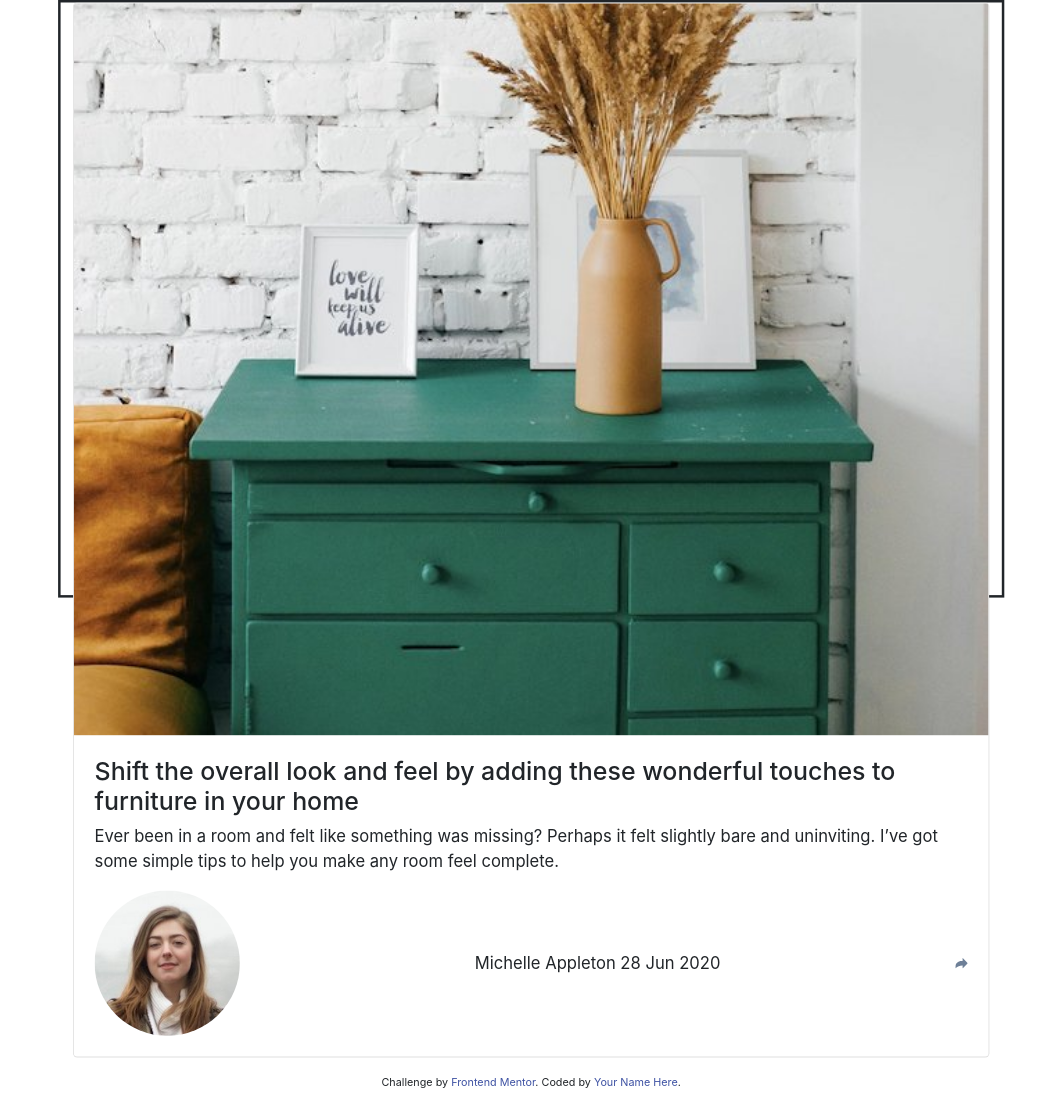
Repository: timiodulate/Article-Preview-Component
Page: index.html
An editor plug-in stored every save of this project. The page is shown before and after a run of saves, followed by the edit.
The browser window is 1280 px wide. The pictures show the whole page, at 83% of full size.

Above is the page before, as saved 2020-07-11 11:32:06.

After the next 2 saves:
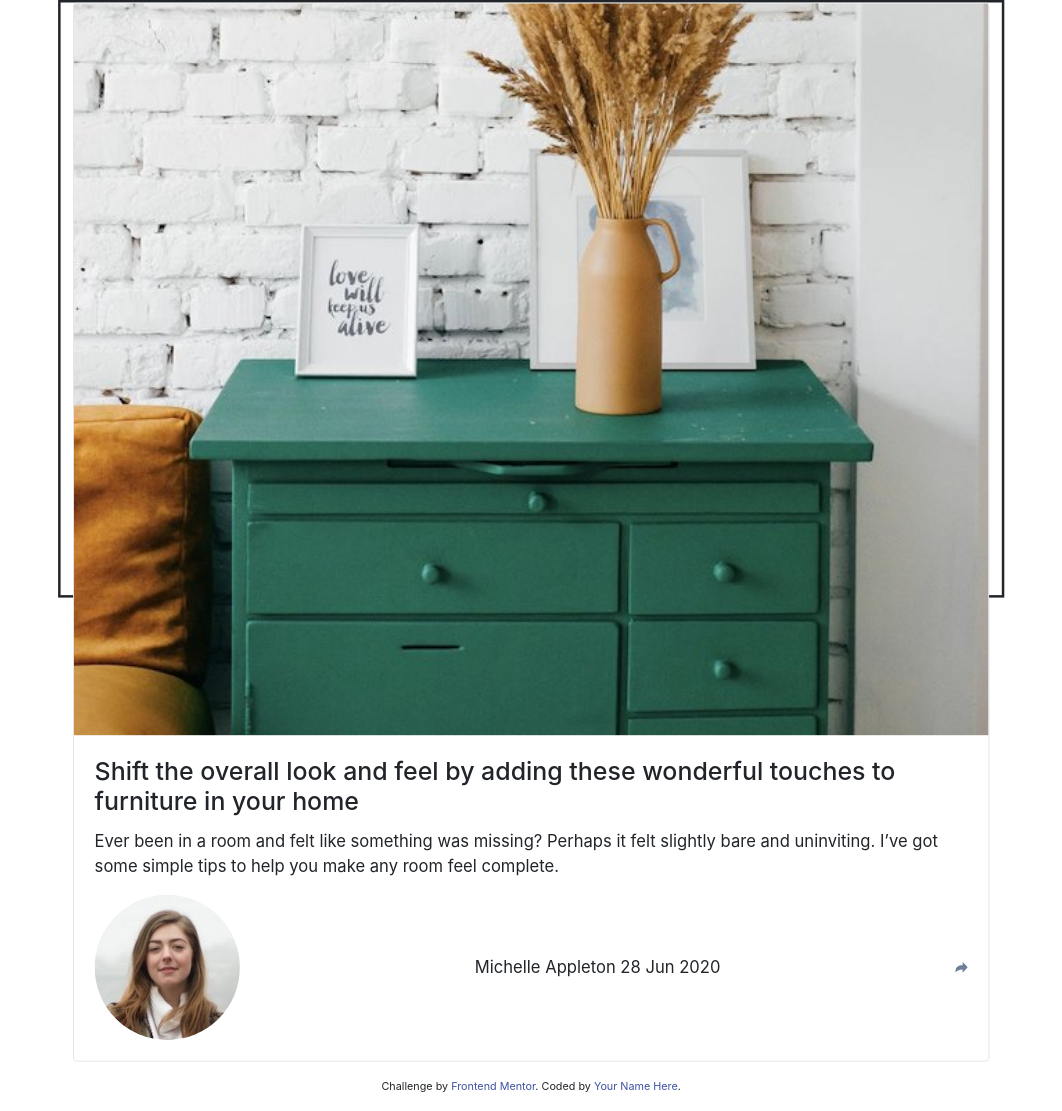
The 2 saves are shown as one change because they came seconds apart.
The last was saved 14 s later.
--- a/index.html
+++ b/index.html
@@ -23,7 +23,7 @@
         <img src="./images/drawers.jpg" alt="" class="card-img-top">
 
       <div class="card-body ">
-        <h4 class="card-tittle">
+        <h4 class="card-title">
           Shift the overall look and feel by adding these wonderful
           touches to furniture in your home
         </h4>
